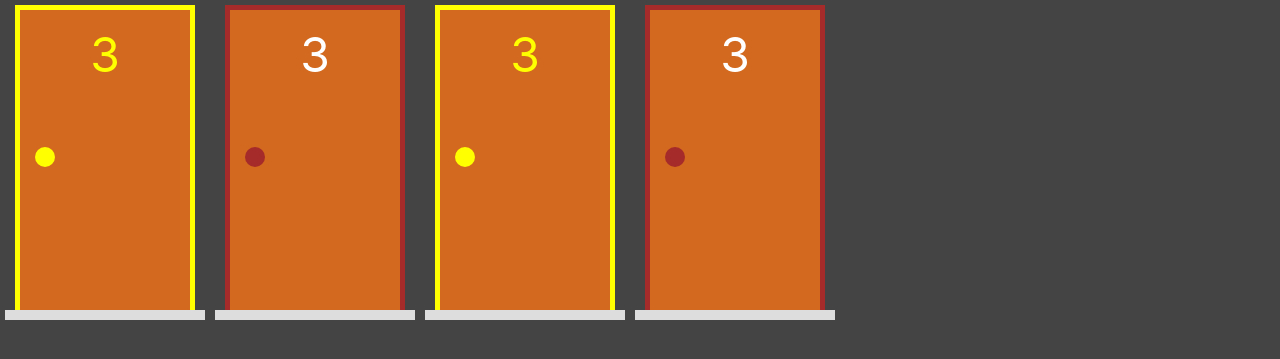
Repository: Mira757/Projeto-Porta-Premiada
Page: /
The author's editor kept a copy of each file at every save. The page is drawn from the files as they stood at one save, then again after a run of saves.
The browser window is 1280 px wide. The pictures show the whole page.
The project was rebuilt for these pictures with package versions that can differ from the ones it lists, and the page was loaded fresh each time. The framework's server and built-in components were replaced by stand-ins that run in the browser. Also part of the build but not shown: next.config.js, styles/Presente.module.css, components/Presente.jsx.

Above is the page before, as saved 2022-03-17 12:07:29.

After the next 4 saves:
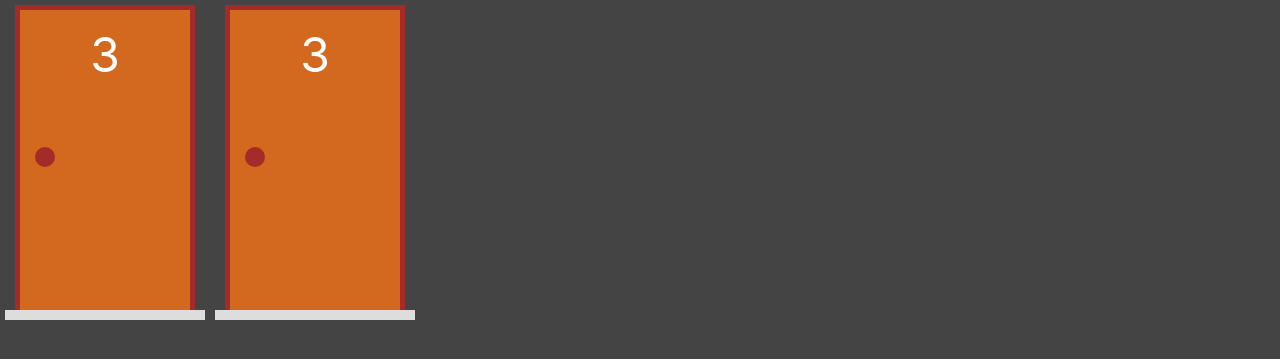
The 4 saves are shown as one change because 3 did not build or start.
The last was saved 3 min 23 s later.
--- a/pages/index.jsx
+++ b/pages/index.jsx
@@ -1,13 +1,14 @@
 import Porta from "../components/Porta";
-import Presente from "../components/Presente";
+import PortaModel from "../model/porta";
 
 export default function Home() {
+  const p1 = new PortaModel(1)
+  const p2 = new PortaModel(2)
   return (
     <div style={{display: "flex"}}>
-      <Porta selecionada/>
-      <Porta/>
-      <Porta selecionada/>
-      <Porta/>
+      <Porta porta={p1}/>
+      <Porta porta={p2}/>
+
     </div>
   )
 }
--- a/components/Porta.tsx
+++ b/components/Porta.tsx
@@ -7,7 +7,8 @@ interface PortaProps {
 
 export default function Porta(props: PortaProps) {
 
-  const selecionada = props.selecionada ? styles.selecionada : ''
+  const { porta } = props
+  const selecionada = porta.selecionada ? styles.selecionada : ''
 
   return (
     <div className={styles.area}>
--- a/model/porta.ts
+++ b/model/porta.ts
@@ -1,4 +1,4 @@
-export default class Porta {
+export default class PortaModel {
   #numero: number
   #temPresente: boolean
   #selecionada: boolean
@@ -29,17 +29,17 @@ export default class Porta {
 
   desmarcar() {
     const selecionada = false
-    return new Porta(this.numero,this.temPresente,selecionada,this.aberta)
+    return new PortaModel(this.numero,this.temPresente,selecionada,this.aberta)
   }
 
   alterarSelecao() {
     const selecionada = !this.selecionada
-    return new Porta(this.numero,this.temPresente,selecionada,this.aberta)
+    return new PortaModel(this.numero,this.temPresente,selecionada,this.aberta)
   }
 
   abrir() {
     const aberta = true
-    return new Porta(this.numero,this.temPresente,this.selecionada,aberta)
+    return new PortaModel(this.numero,this.temPresente,this.selecionada,aberta)
   }
 
 }
